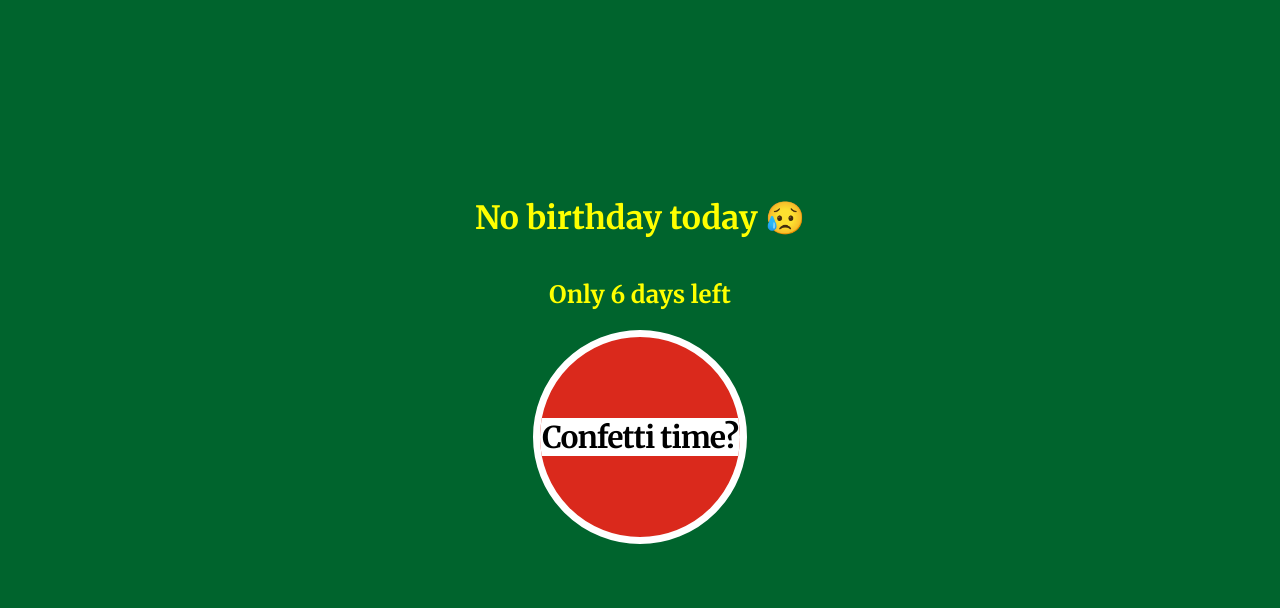
Repository: David-Waite/HannahsBirthdayWebsite
Page: /
The author's editor kept a copy of each file at every save. The page is drawn from the files as they stood at one save, then again after the next save.
The browser window is 1280 px wide. The pictures show the whole page.
The project was rebuilt for these pictures with package versions that can differ from the ones it lists, and the page was loaded fresh each time.

Above is the page before, as saved 2023-03-30 18:33:39.

### public/index.html
<!DOCTYPE html>
<html lang="en">
  <head>
    <meta charset="utf-8" />
    <link rel="icon" href="%PUBLIC_URL%/favicon.ico" />
    <meta name="viewport" content="width=device-width, initial-scale=1" />
    <meta name="theme-color" content="#000000" />
    <meta
      name="description"
      content="Web site created using create-react-app"
    />
    <link rel="apple-touch-icon" href="%PUBLIC_URL%/logo192.png" />
    <!--
      manifest.json provides metadata used when your web app is installed on a
      user's mobile device or desktop. See https://developers.google.com/web/fundamentals/web-app-manifest/
    -->
    <link rel="manifest" href="%PUBLIC_URL%/manifest.json" />
    <!--
      Notice the use of %PUBLIC_URL% in the tags above.
      It will be replaced with the URL of the `public` folder during the build.
      Only files inside the `public` folder can be referenced from the HTML.

      Unlike "/favicon.ico" or "favicon.ico", "%PUBLIC_URL%/favicon.ico" will
      work correctly both with client-side routing and a non-root public URL.
      Learn how to configure a non-root public URL by running `npm run build`.
    -->
    <link rel="preconnect" href="https://fonts.googleapis.com" />
    <link rel="preconnect" href="https://fonts.gstatic.com" crossorigin />
    <link
      href="https://fonts.googleapis.com/css2?family=Merriweather:wght@700&display=swap"
      rel="stylesheet"
    />
    <title>Hannah's Birthday?</title>
  </head>
  <body>
    <noscript>You need to enable JavaScript to run this app.</noscript>
    <div id="root"></div>
    <!--
      This HTML file is a template.
      If you open it directly in the browser, you will see an empty page.

      You can add webfonts, meta tags, or analytics to this file.
      The build step will place the bundled scripts into the <body> tag.

      To begin the development, run `npm start` or `yarn start`.
      To create a production bundle, use `npm run build` or `yarn build`.
    -->
  </body>
</html>

### src/index.css
body {
  margin: 0;
  font-family: "Merriweather", serif;
  -webkit-font-smoothing: antialiased;
  -moz-osx-font-smoothing: grayscale;
}

.App {
  width: 100vw;
  height: 100vh;
  display: flex;
  flex-direction: column;
  align-items: center;
  justify-content: center;
  background-color: #00642d;
  color: rgb(255, 255, 0);
}

.buttonCon {
  display: flex;
  align-items: center;
  justify-content: center;
  height: 200px;
  width: 200px;
  overflow: hidden;
  background-color: #da291c;
  border-radius: 50%;
  border: 7px solid white;
  cursor: pointer;
}
.buttonCon p {
  border: none;
  width: 100%;
  background-color: white;
  color: black;
  font-weight: bold;
  font-size: 30px;
  padding: 0;
  letter-spacing: -1px;
}

.buttonCon:hover {
  background-color: #a31f15;
}

### src/App.js
import "./App.css";

import Confetti from "react-confetti";

import { useState } from "react";

function App() {
  const [confetti, setConfetti] = useState(null);
  const [buttonText, setButtonText] = useState("Confetti time?");
  function isBirthdayToday() {
    const date = new Date();
    if (date.getMonth() === 3 && date.getDate() === 5) {
      return true;
    }
    return false;
  }

  function rainConfetti() {
    if (isBirthdayToday()) {
      setConfetti(true);
      setButtonText("Confetti time!");
    } else {
      setButtonText("no");
    }
  }

  function getDaysUntilBirthday() {
    const date = new Date();
    const hannahBday = new Date(date.getFullYear(), 3, 5);
    const hannahBdayNextYear = new Date(date.getFullYear() + 1, 3, 5);
    const oneDay = 1000 * 60 * 60 * 24;

    let daysUntilBirthday;
    if (hannahBday < date) {
      daysUntilBirthday =
        Math.ceil(hannahBdayNextYear.getTime() - date.getTime()) / oneDay;
    } else {
      daysUntilBirthday =
        Math.ceil(hannahBday.getTime() - date.getTime()) / oneDay;
    }

    return daysUntilBirthday;
  }

  // 5th april
  let birthdayText;
  if (isBirthdayToday()) {
    birthdayText = <h1>Happy birthday!🥳</h1>;
  } else {
    birthdayText = (
      <>
        <h1>No birthday today 😥</h1>
        <h2>Only {Math.ceil(getDaysUntilBirthday())} days left</h2>
      </>
    );
  }
  console.log(isBirthdayToday());
  const date = new Date();

  return (
    <div className="App">
      {confetti && <Confetti />}

      {birthdayText}
      <div className="buttonCon">
        <p onClick={rainConfetti}>{buttonText}</p>
      </div>
    </div>
  );
}

export default App;

Loaded but not shown: src/index.js (common file); src/reportWebVitals.js (common file); src/App.css (common file)

After the next save:
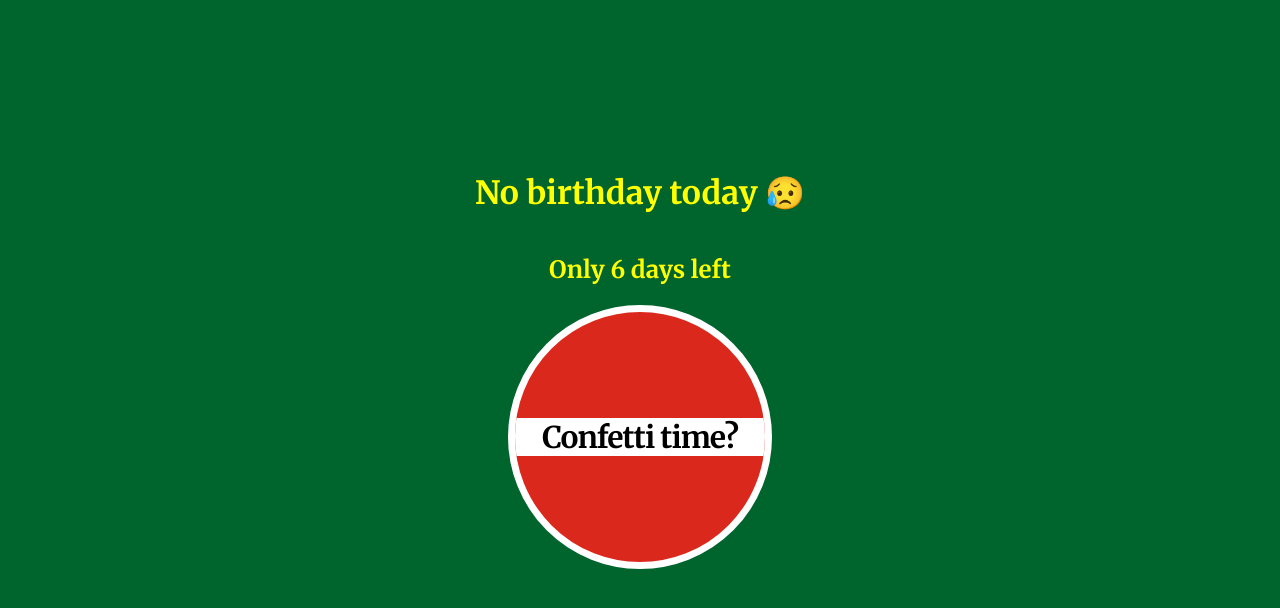
Saved 9 s later.
--- a/src/index.css
+++ b/src/index.css
@@ -20,8 +20,8 @@ body {
   display: flex;
   align-items: center;
   justify-content: center;
-  height: 200px;
-  width: 200px;
+  height: 250px;
+  width: 250px;
   overflow: hidden;
   background-color: #da291c;
   border-radius: 50%;
